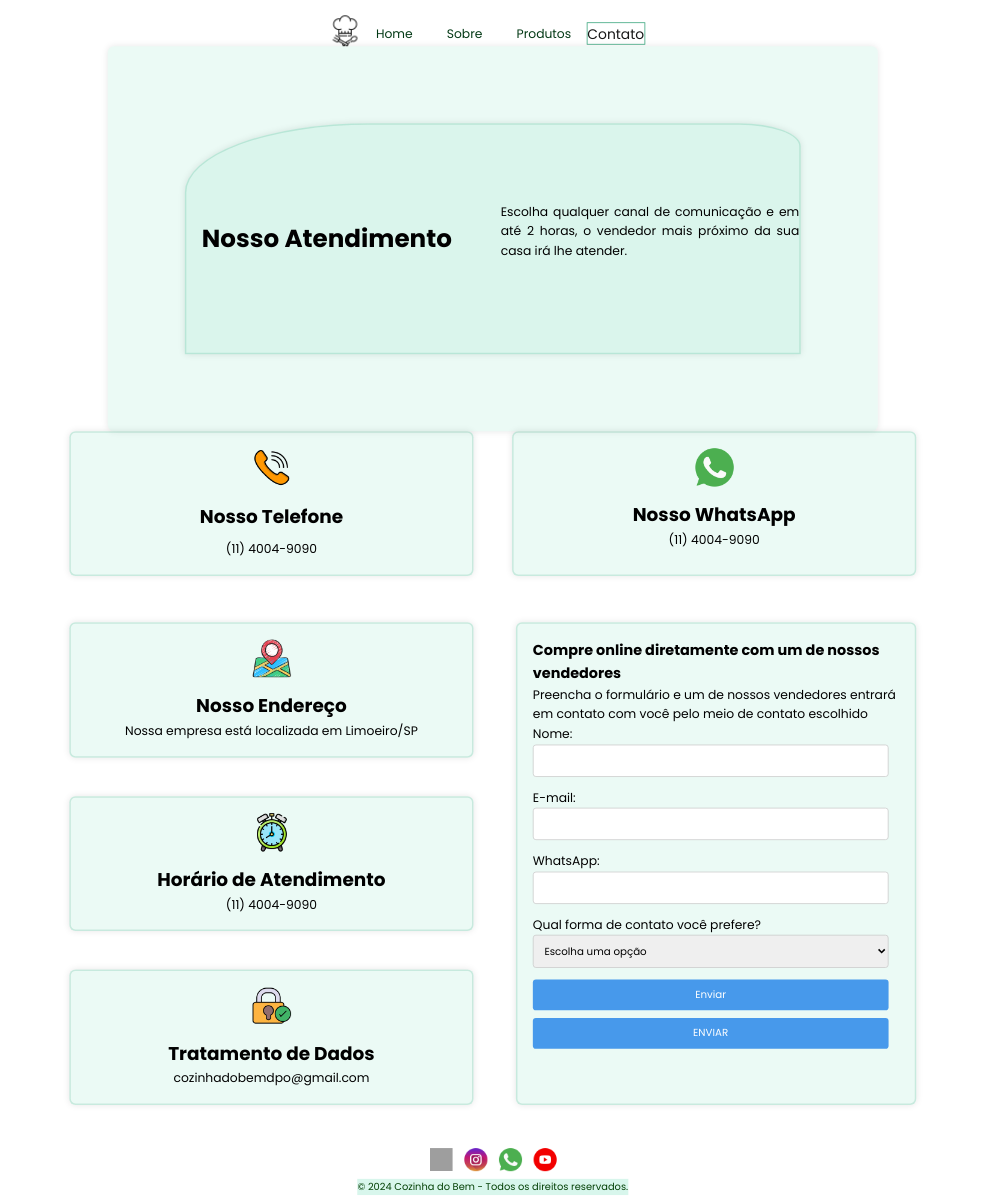
Repository: Thalia-Nataly/Cozinha-do-Bem-Proz
Page: contato.html
An editor plug-in stored every save of this project. The page is shown before and after the next save, followed by the edit.
The browser window is 1280 px wide. The pictures show the whole page, at 77% of full size.
Pictures or frames that could not be fetched are drawn as grey boxes.

Above is the page before, as saved 2024-08-25 19:26:32.

After the next save:
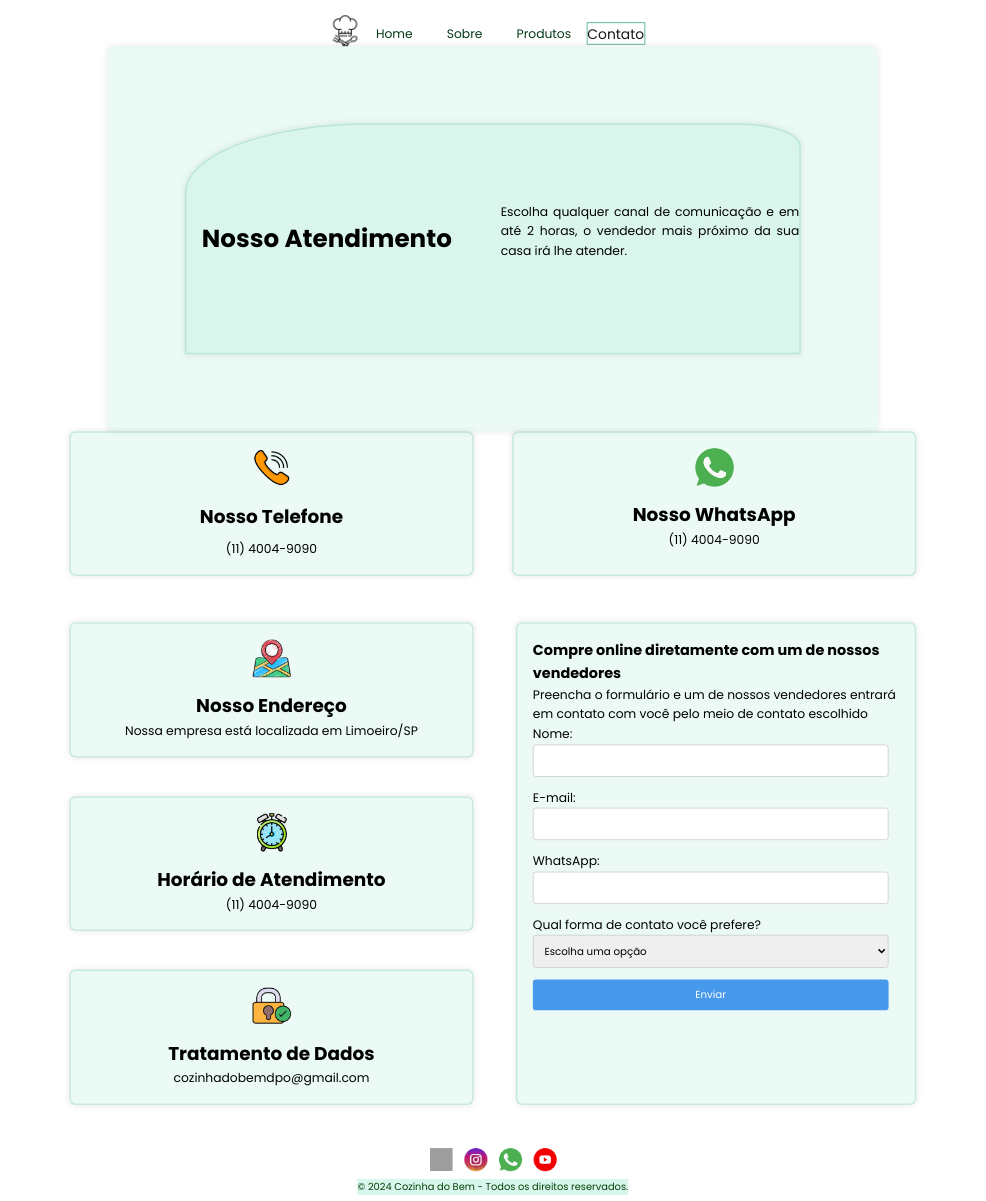
Saved 5 s later.
--- a/contato.html
+++ b/contato.html
@@ -111,7 +111,7 @@
                         </select>
 
                         <button type="submit">Enviar</button>
-                        <button type="submit" >ENVIAR </button>
+
                     </form>
                 </div>
             </div>
